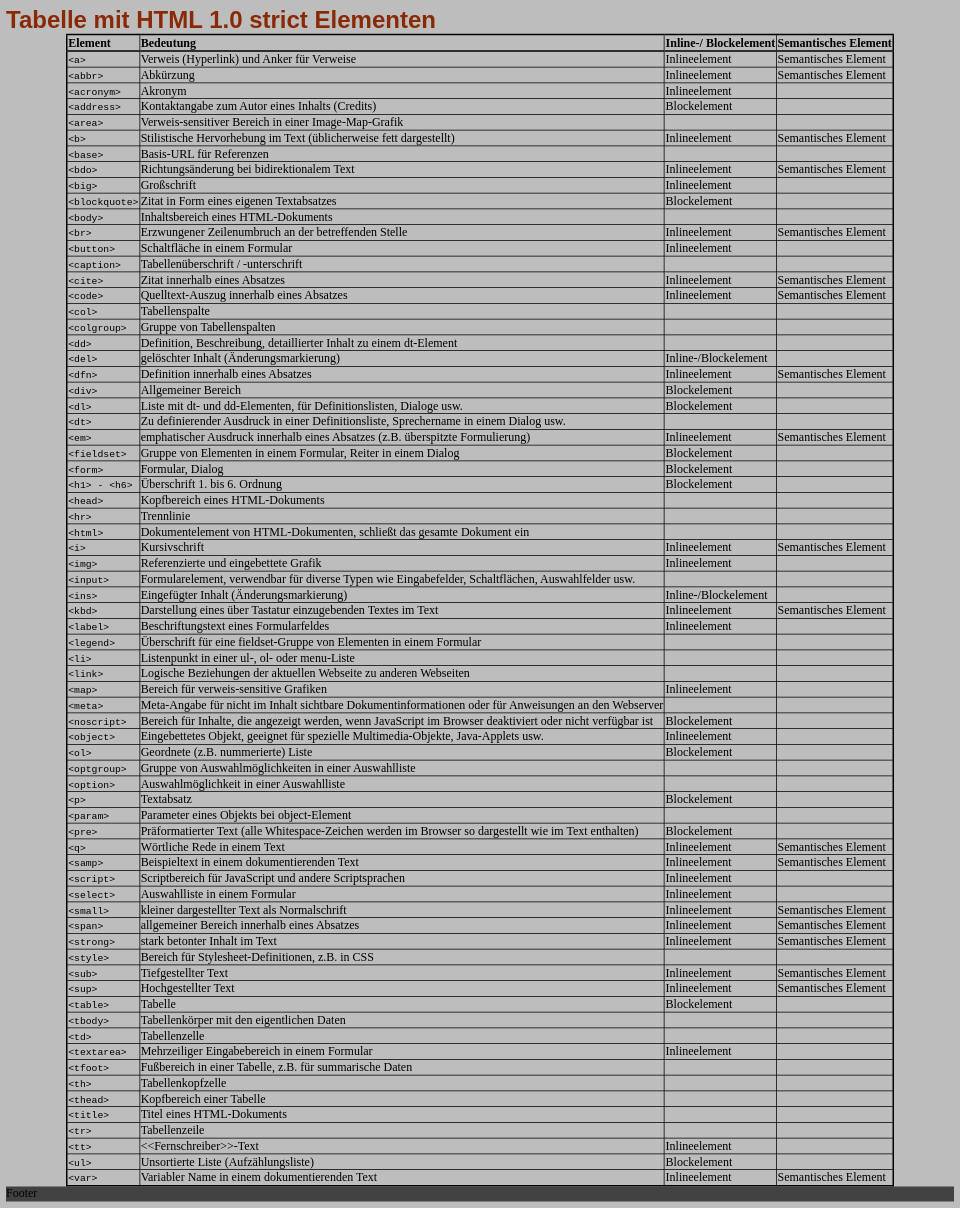
Repository: pLurchi/MyWebengineeringRepo
Page: RemoteSystemsTempFiles/HA-Kapitel06/WebContent/index.html
The author's editor kept a copy of each file at every save. The page is drawn from the files as they stood at one save, then again after the next save.
The browser window is 1280 px wide. The pictures show the whole page, at 75% of full size.

Above is the page before, as saved 2013-11-30 10:13:02.

After the next save:
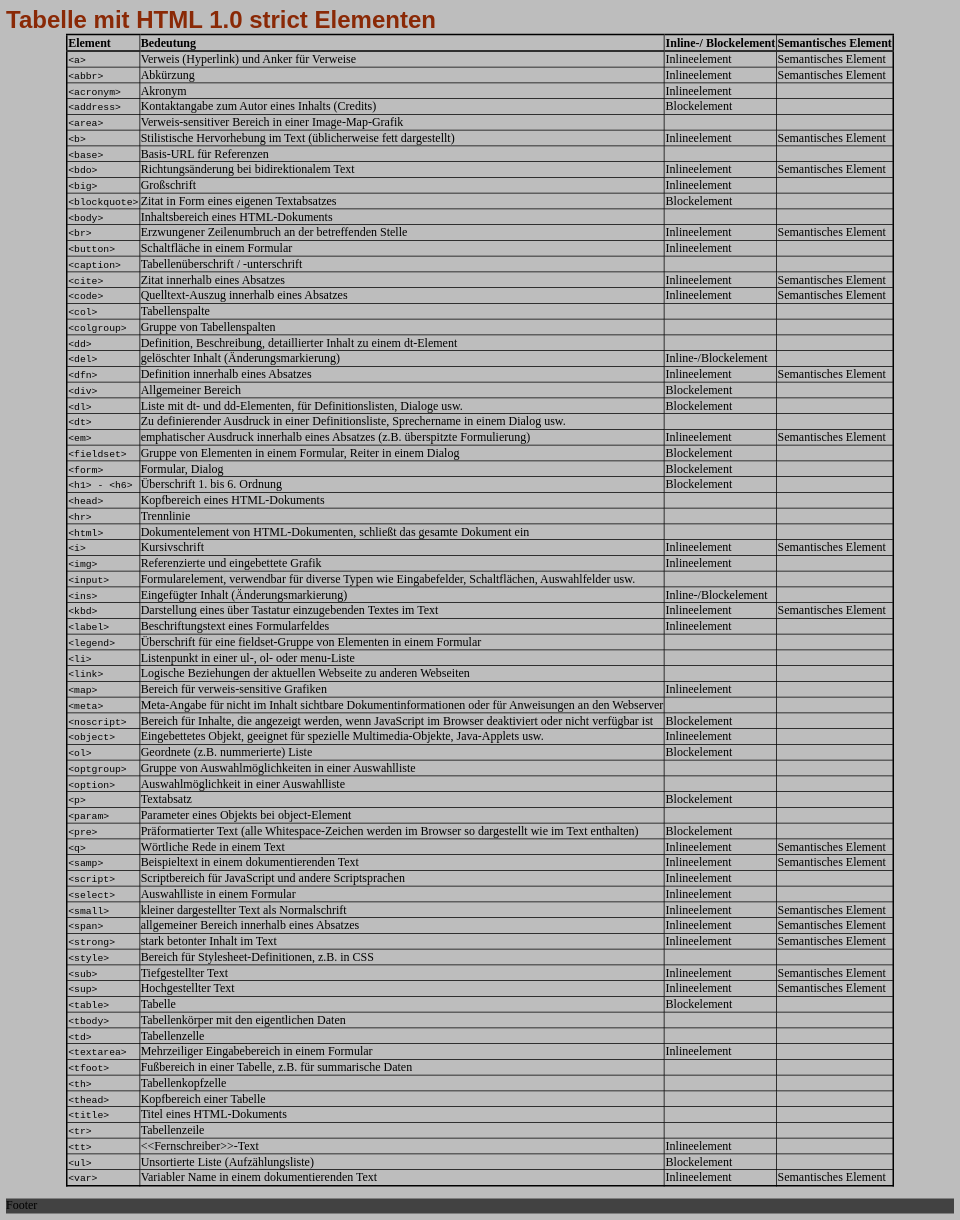
Saved 63 s later.
--- a/RemoteSystemsTempFiles/HA-Kapitel06/WebContent/CSS/stylesheet.css
+++ b/RemoteSystemsTempFiles/HA-Kapitel06/WebContent/CSS/stylesheet.css
@@ -41,7 +41,7 @@ h1 {
 }
 
 p {
-	margin:auto;
+	padding:auto;
 }
 
 
